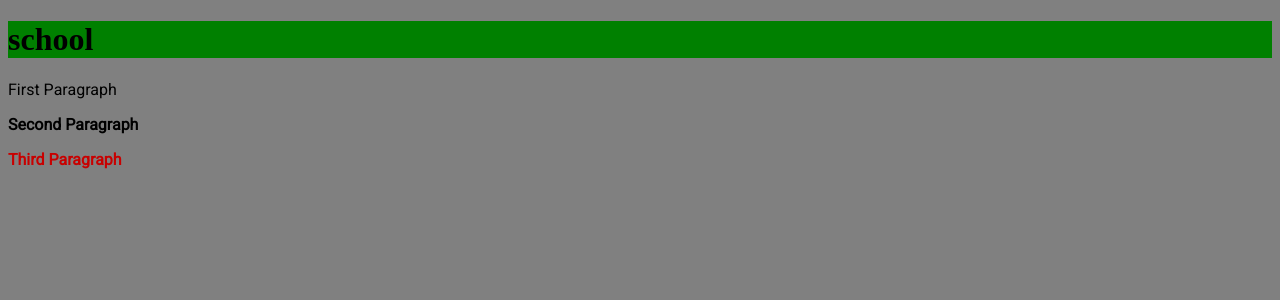
Repository: pranavi481/Assignments
Page: fontfamily.html
The author's editor kept a record of every edit. The page is drawn from the files as they stood at one moment, then again after the next edit.
The browser window is 1280 px wide. The pictures show the whole page.
Some web fonts or font styles are not loaded; a fallback is used.

Above is the page before.

After the next edit:
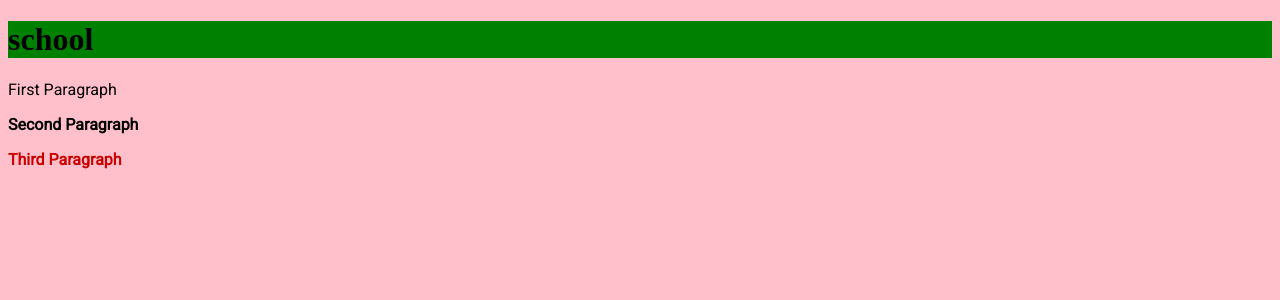
The edit:
--- a/fontfamily.html
+++ b/fontfamily.html
@@ -36,7 +36,7 @@
 
         </style>
     </head>
-    <body>
+    <body style= "background-color:pink">
         <h1>
             school
         </h1>
